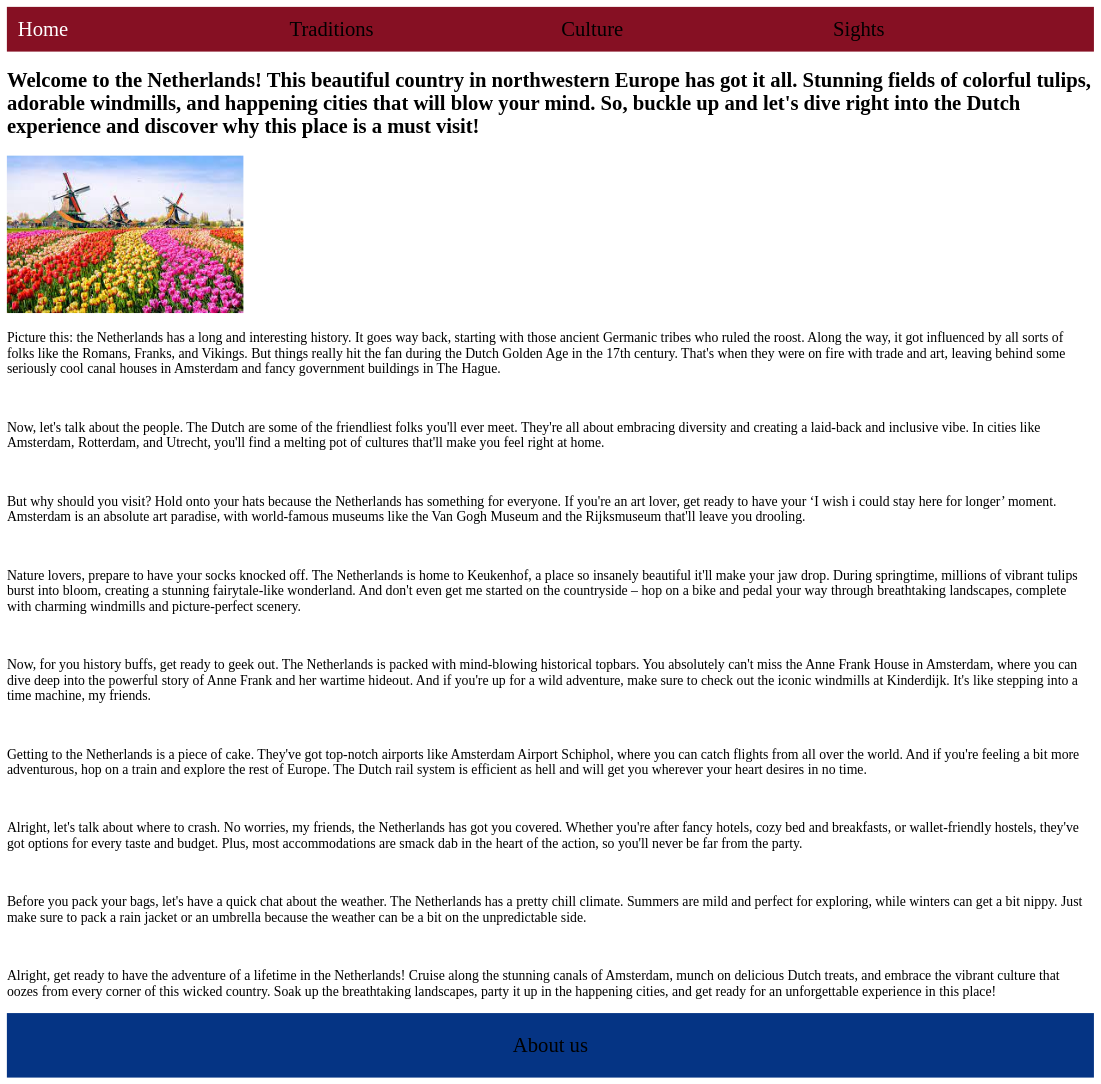
Repository: Cornman63/The-netherlands
Page: html/index.html
An editor plug-in stored every save of this project. The page is shown before and after the next save, followed by the edit.
The browser window is 1280 px wide. The pictures show the whole page, at 86% of full size.

Above is the page before, as saved 2023-05-26 13:26:39.

After the next save:
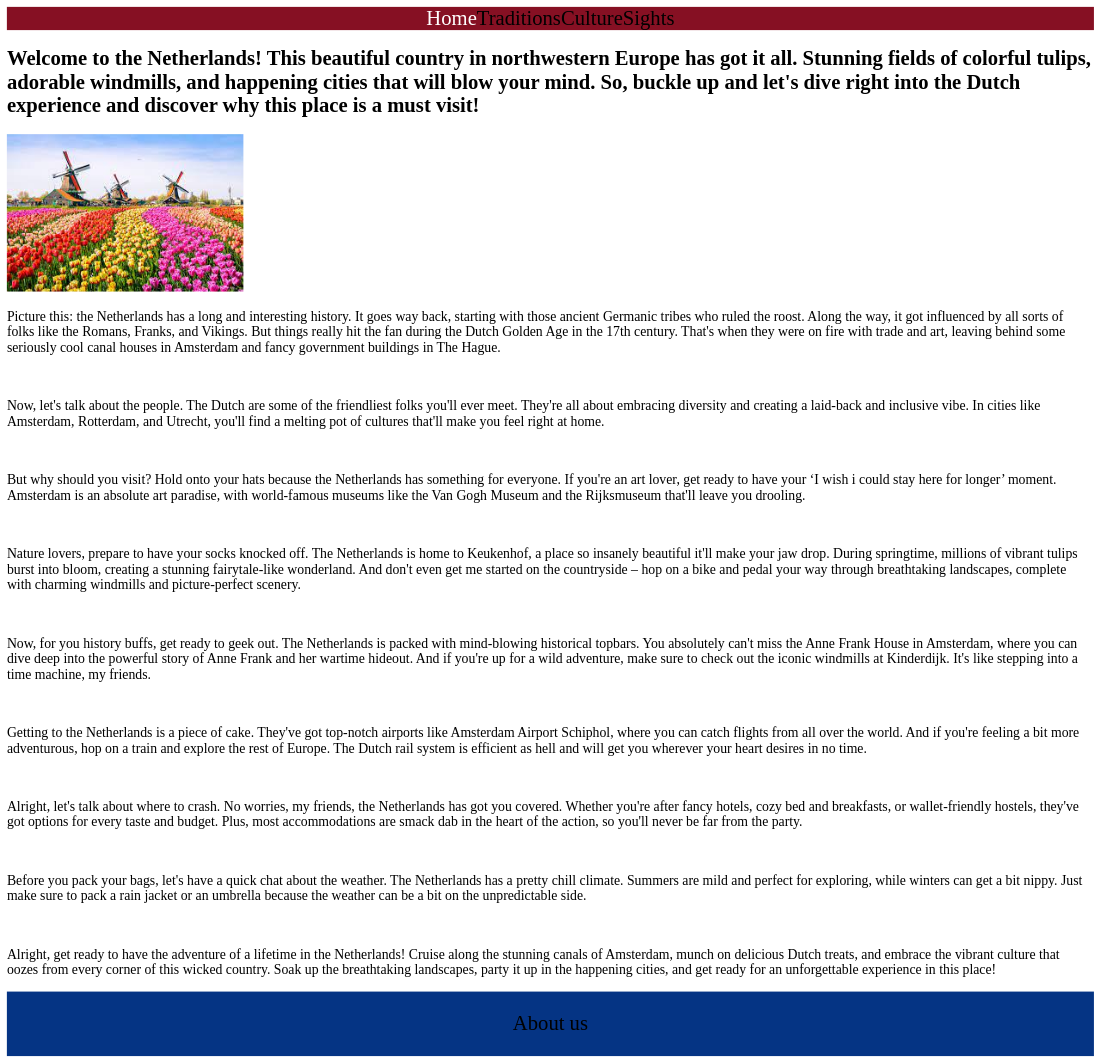
Saved 72 s later.
--- a/html/index.html
+++ b/html/index.html
@@ -9,12 +9,16 @@
 
 </head>
 <body>
+<header>
     <div class="top">
-        <div class="topbar"><a href="index.html" style="color:white" class="link">Home</a></div>
-        <div class="topbar"><a href="traditions.html" class="link">Traditions</a></div>
-        <div class="topbar"><a href="culture.html" class="link">Culture</a></div>
-        <div class="topbar"><a href="sights.html" class="link">Sights</a></div>
+        <div class="site"><a href="index.html" style="color:white" class="link">Home</a></div>
+        <div class="site"><a href="traditions.html" class="link">Traditions</a></div>
+        <div class="site"><a href="culture.html" class="link">Culture</a></div>
+        <div class="site"><a href="sights.html" class="link">Sights</a></div>
     </div>
+</header>
+
+
     <div class="text">
         <h2>Welcome to the Netherlands! This beautiful country in northwestern Europe has got it all. Stunning fields of colorful tulips, adorable windmills, and happening cities that will blow your mind. So, buckle up and let's dive right into the Dutch experience and discover why this place is a must visit!</h2>
         <img src="../images\Netherlands.jfif" alt="Netherlands">
@@ -55,10 +59,12 @@
 
         <p>Alright, get ready to have the adventure of a lifetime in the Netherlands! Cruise along the stunning canals of Amsterdam, munch on delicious Dutch treats, and embrace the vibrant culture that oozes from every corner of this wicked country. Soak up the breathtaking landscapes, party it up in the happening cities, and get ready for an unforgettable experience in this place!</p>
     </div>
+
+    <footer>
     <div class="bottom">
         <p>About us</p>
     </div>
-
+    </footer>
 
 </body>
 </html>
